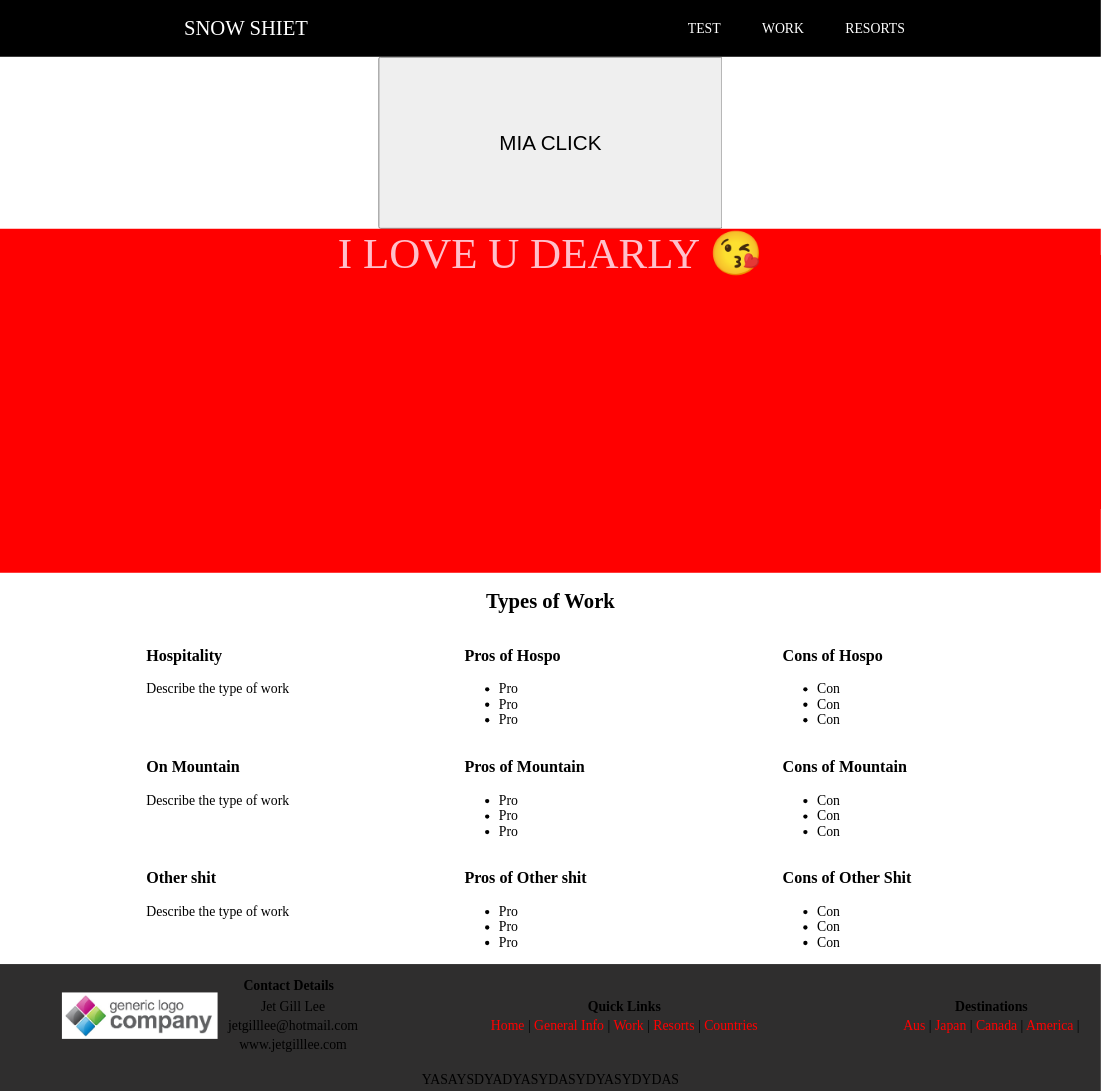
Repository: Jet-Gill-Lee/SnowSite
Page: work-overview.html
An editor plug-in stored every save of this project. The page is shown before and after the next save, followed by the edit.
The browser window is 1280 px wide. The pictures show the whole page, at 86% of full size.

Above is the page before, as saved 2021-07-25 00:16:15.

After the next save:
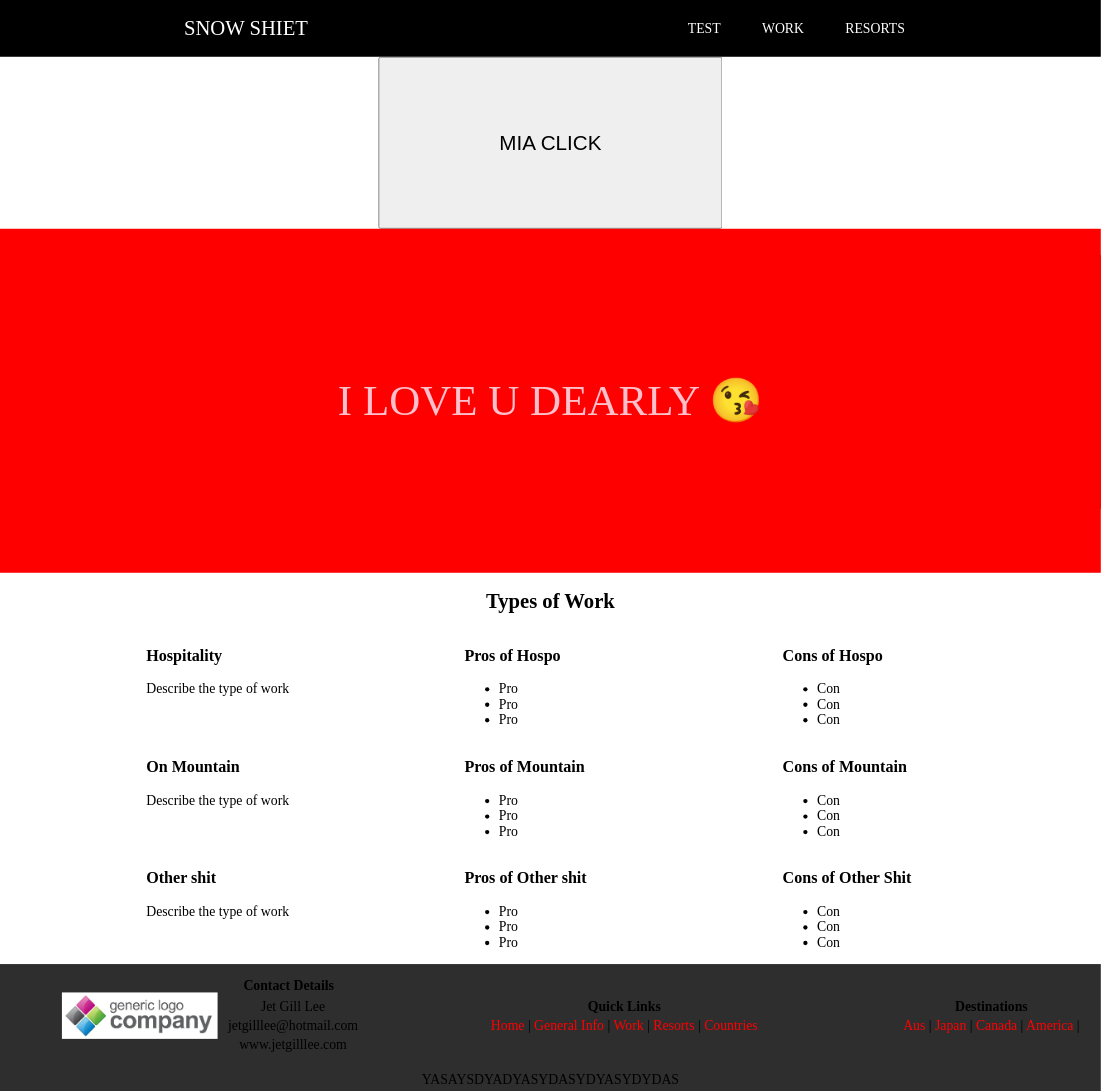
Saved 62 s later.
--- a/work-overview.html
+++ b/work-overview.html
@@ -27,7 +27,7 @@
     </div>
   </div>
   <button id="brodie-button" style='width:400px;height:200px;margin:auto;display:block;font-size:x-large'>MIA CLICK</button>
-  <div class="hero-text" style='width:100%;height:400px;font-size:50px;display:block;margin:auto;text-align:center;color:pink;background-color:red;vertical-align:middle;'>I LOVE U DEARLY 😘</div>
+  <div class="hero-text" style='width:100%;height:400px;font-size:50px;display:block;margin:auto;text-align:center;color:pink;background-color:red;line-height:400px;'>I LOVE U DEARLY 😘</div>
 <!-- MAIN -->
   <div id="page-main">
     <div id="main-info">
